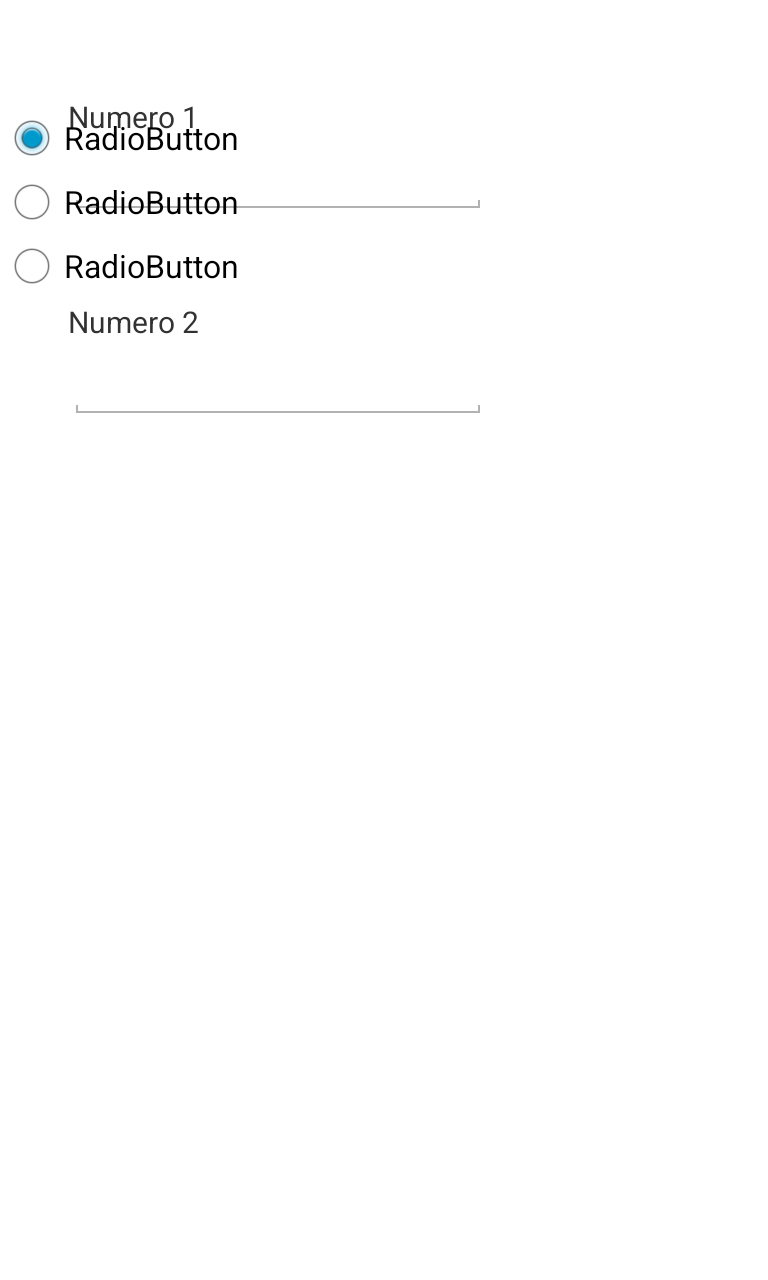
Repository: puntojar/Prueba_-1_Android
Layout: Calculadora/res/layout/activity_main.xml
These files come from the project's save history. The layout is drawn as it stood at one moment and after the next save; the edit follows.
It is drawn on a 768 x 1280 px phone screen (xhdpi) without system bars, with theme AppTheme; the app's code is not run.

Above is the layout before, as saved 2015-03-08 18:08:26.

### Calculadora/res/layout/activity_main.xml
<RelativeLayout xmlns:tools="http://schemas.android.com/tools"
    xmlns:android="http://schemas.android.com/apk/res/android"
    android:layout_width="match_parent"
    android:layout_height="match_parent"
    tools:context="${relativePackage}.${activityClass}" >

    <TextView
        android:id="@+id/textView1"
        android:layout_width="wrap_content"
        android:layout_height="wrap_content"
        android:layout_alignParentLeft="false"
        android:layout_alignParentTop="false"
        android:layout_marginLeft="34dp"
        android:layout_marginTop="48dp"
        android:text="Numero 1"
        android:textSize="15dp" />

    <TextView
        android:id="@+id/textView2"
        android:layout_width="wrap_content"
        android:layout_height="wrap_content"
        android:layout_alignLeft="@+id/textView1"
        android:layout_below="@+id/textView1"
        android:layout_marginTop="82dp"
        android:text="Numero 2"
        android:textSize="15dp" />

    <EditText
        android:id="@+id/editText2"
        android:layout_width="wrap_content"
        android:layout_height="wrap_content"
        android:layout_alignLeft="@+id/textView2"
        android:layout_below="@+id/textView2"
        android:ems="10" />

    <EditText
        android:id="@+id/editText1"
        android:layout_width="wrap_content"
        android:layout_height="wrap_content"
        android:layout_alignLeft="@+id/textView1"
        android:layout_below="@+id/textView1"
        android:ems="10" />

    <RadioGroup
        android:id="@+id/radioGroup1"
        android:layout_width="wrap_content"
        android:layout_height="wrap_content"
        android:layout_alignLeft="@+id/editText3"
        android:layout_below="@+id/editText3"
        android:layout_marginTop="53dp"
        android:layout_alignTop="false"
        android:layout_alignleft="false"
         >

        <RadioButton
            android:id="@+id/radio0"
            android:layout_width="wrap_content"
            android:layout_height="wrap_content"
            android:checked="true"
            android:text="RadioButton" />

        <RadioButton
            android:id="@+id/radio1"
            android:layout_width="wrap_content"
            android:layout_height="wrap_content"
            android:text="RadioButton" />

        <RadioButton
            android:id="@+id/radio2"
            android:layout_width="wrap_content"
            android:layout_height="wrap_content"
            android:text="RadioButton" />
    </RadioGroup>

</RelativeLayout>

Loaded but not shown: Calculadora/res/values/styles.xml (common file); Calculadora/res/values-v11/styles.xml (common file); Calculadora/res/values-v14/styles.xml (common file)

After the next save:
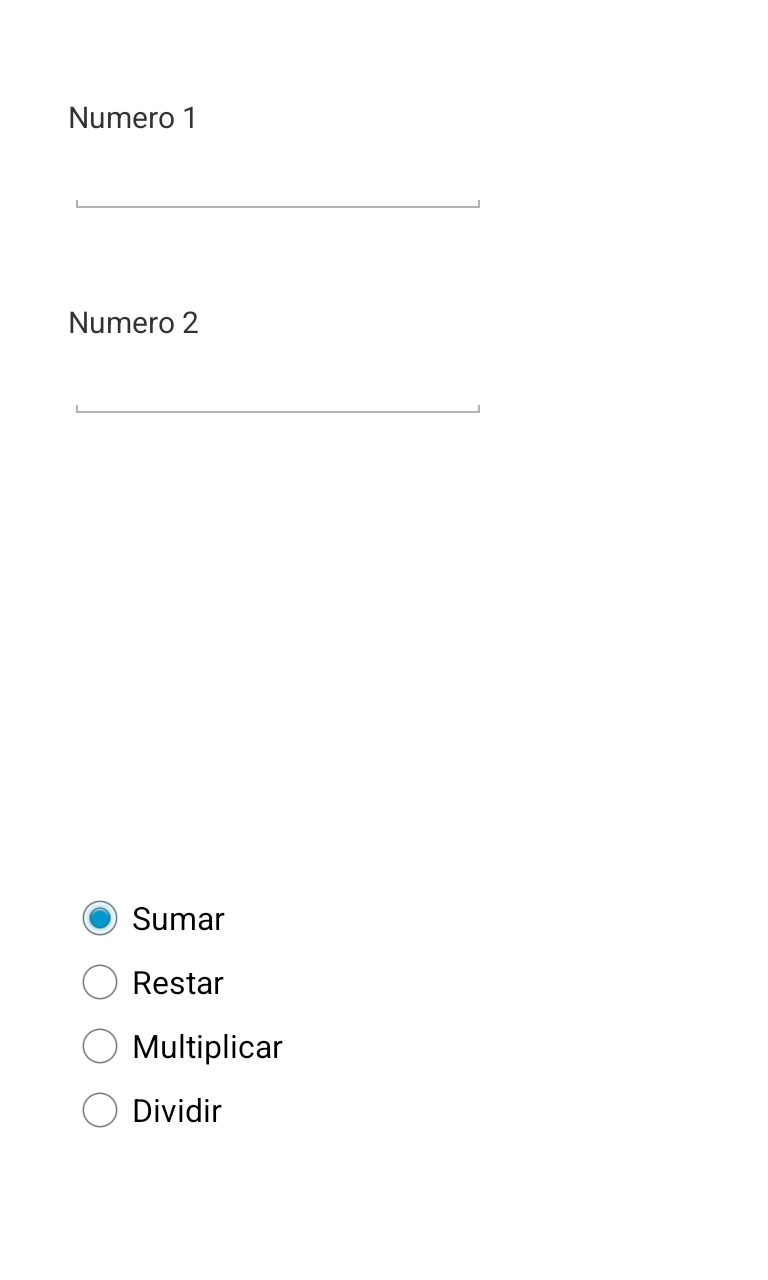
Saved 7 min 47 s later.
--- a/Calculadora/res/layout/activity_main.xml
+++ b/Calculadora/res/layout/activity_main.xml
@@ -45,31 +45,35 @@
         android:id="@+id/radioGroup1"
         android:layout_width="wrap_content"
         android:layout_height="wrap_content"
-        android:layout_alignLeft="@+id/editText3"
-        android:layout_below="@+id/editText3"
-        android:layout_marginTop="53dp"
-        android:layout_alignTop="false"
+        android:layout_alignLeft="@+id/editText2"
+        android:layout_alignParentBottom="true"
         android:layout_alignleft="false"
-         >
+        android:layout_marginBottom="69dp" >
 
         <RadioButton
             android:id="@+id/radio0"
             android:layout_width="wrap_content"
             android:layout_height="wrap_content"
             android:checked="true"
-            android:text="RadioButton" />
+            android:text="Sumar" />
+
+        <RadioButton
+            android:id="@+id/radioButton1"
+            android:layout_width="wrap_content"
+            android:layout_height="wrap_content"
+            android:text="Restar" />
 
         <RadioButton
             android:id="@+id/radio1"
             android:layout_width="wrap_content"
             android:layout_height="wrap_content"
-            android:text="RadioButton" />
+            android:text="Multiplicar" />
 
         <RadioButton
             android:id="@+id/radio2"
             android:layout_width="wrap_content"
             android:layout_height="wrap_content"
-            android:text="RadioButton" />
+            android:text="Dividir" />
     </RadioGroup>
 
 </RelativeLayout>
